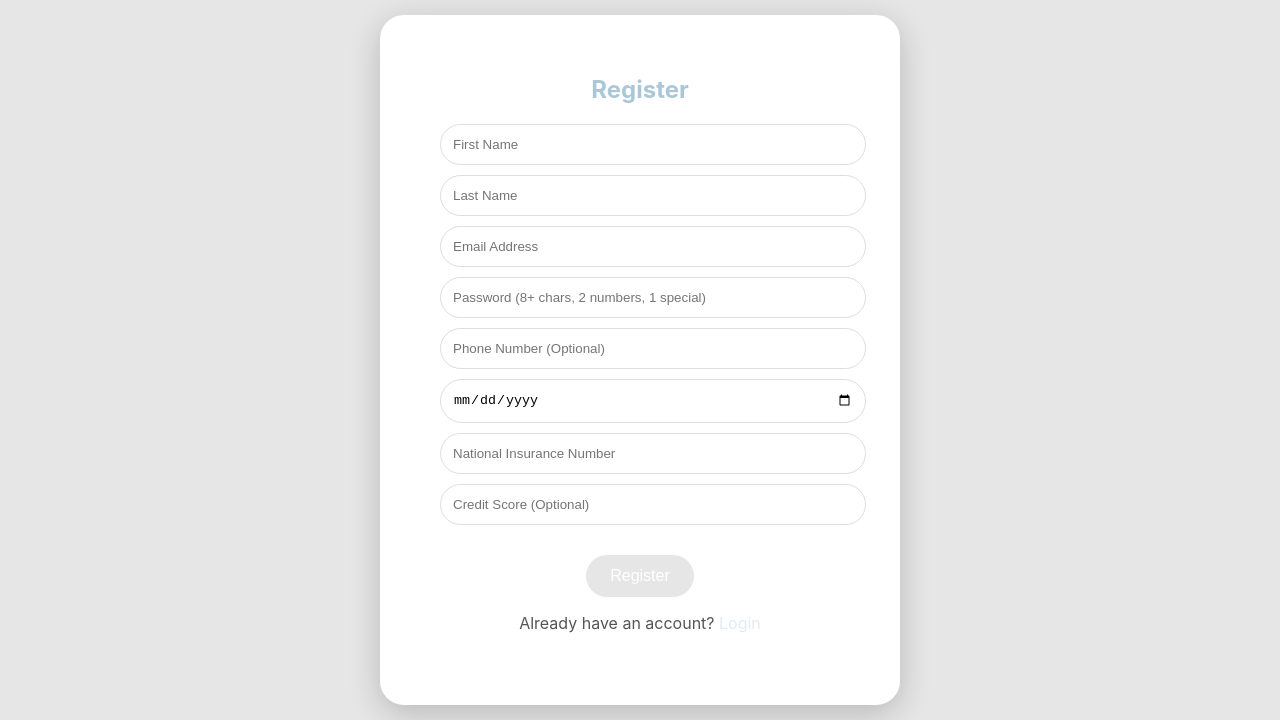
Repository: aab232/https---github.com-aab232-Deferred-Payment-Platform
Page: /register (app in frontend/)
These files come from the project's save history. The page is drawn as it stood at one moment and after the next save; the edit follows.
The browser window is 1280 px wide. The pictures show the whole page.
The project was rebuilt for these pictures with package versions that can differ from the ones it lists, and the page was loaded fresh each time. Also part of the build but not shown: frontend/src/components/Home.js, frontend/src/components/Login.js.

Above is the page before, as saved 2025-03-18 00:57:41.

After the next save:
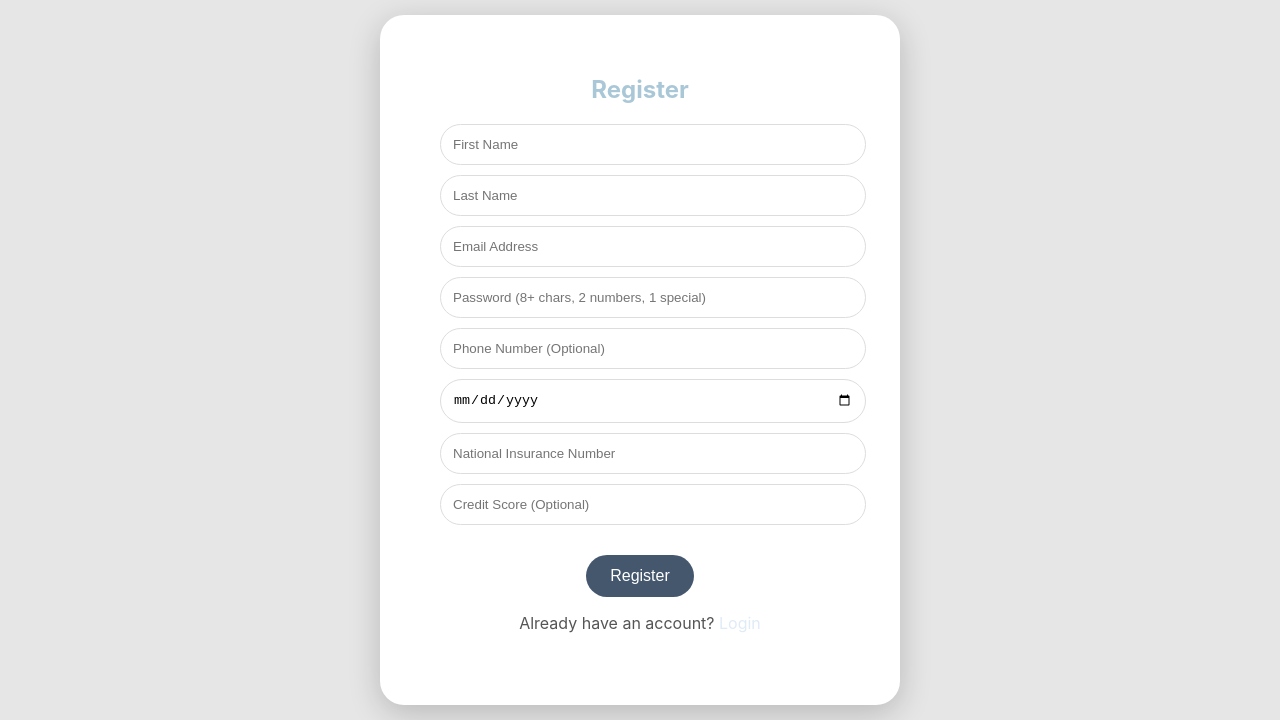
Saved 51 s later.
--- a/frontend/src/components/Form.css
+++ b/frontend/src/components/Form.css
@@ -36,12 +36,12 @@
     border-radius: 30px;
     border: none;
     color: white;
-    background: #E6E6E6;
+    background: #44576D;
     cursor: pointer;
   }
 
   .btn:hover {
-    background: #44576D;
+    background: #9EA6B2;
   }
 
   .link {

After the save that followed:
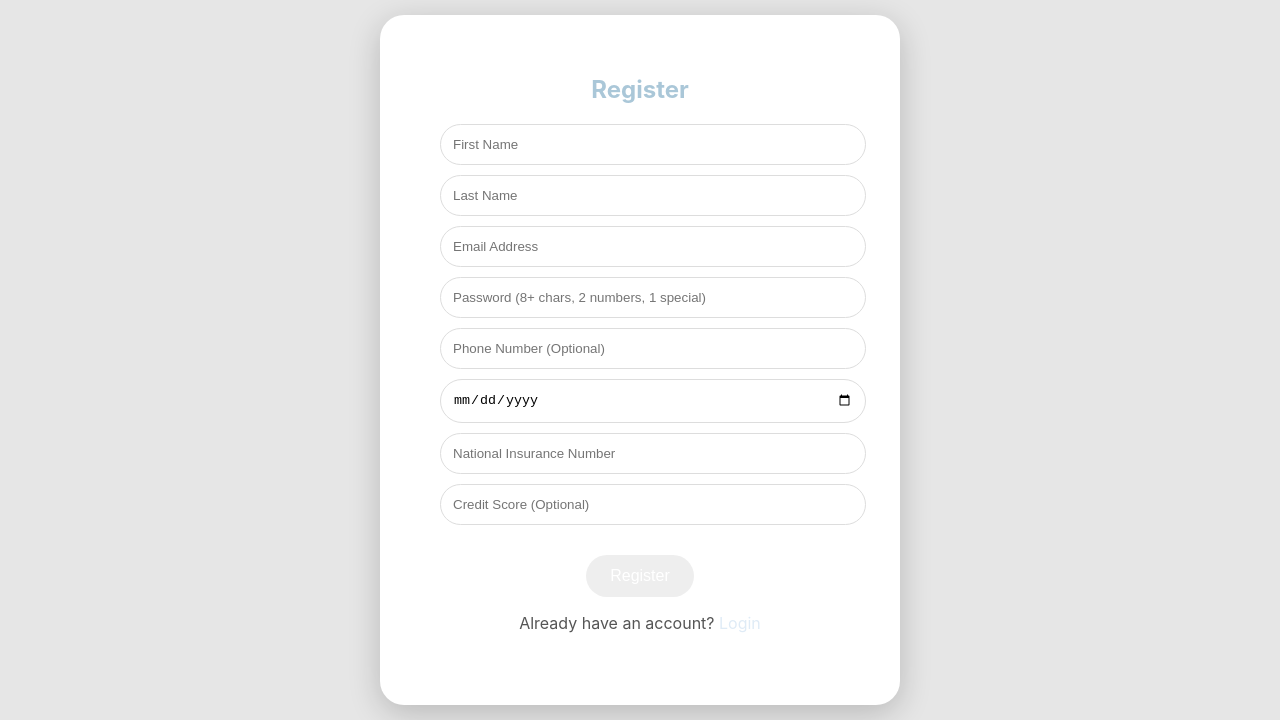
Saved 26 s later.
--- a/frontend/src/components/Form.css
+++ b/frontend/src/components/Form.css
@@ -27,7 +27,7 @@
     margin: 10px 0;
     padding: 12px;
     border: 1px solid #ddd;
-    border-radius: 30px; /* Rounded inputs */
+    border-radius: 30px;
   }
 
   .btn {
@@ -36,7 +36,7 @@
     border-radius: 30px;
     border: none;
     color: white;
-    background: #44576D;
+    background: #eeeeee;
     cursor: pointer;
   }
 
